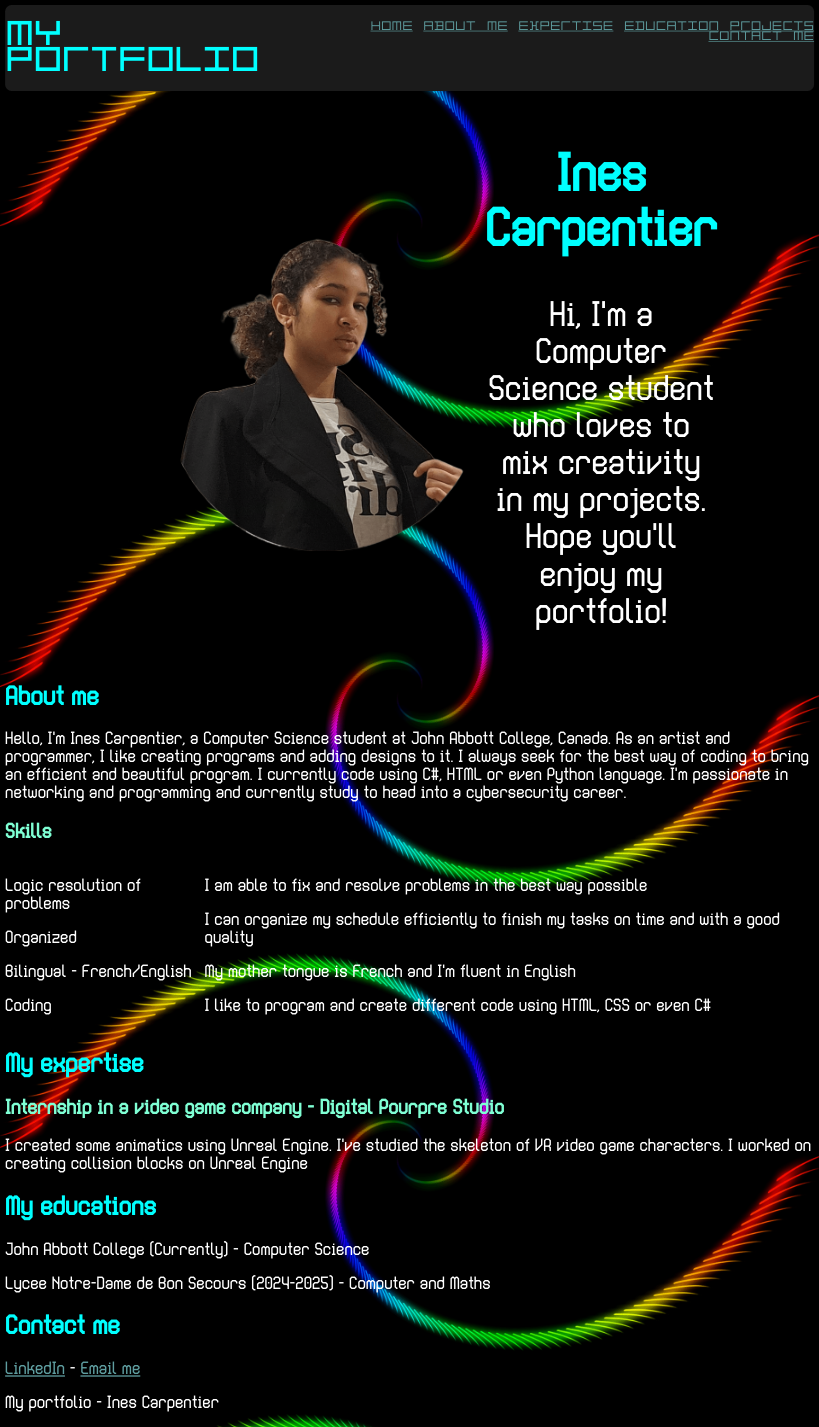
Repository: InsCarp/InsCarp
Page: index.html
An editor plug-in stored every save of this project. The page is shown before and after the next save, followed by the edit.
The browser window is 1280 px wide. The pictures show the whole page, at 64% of full size.
Backgrounds fixed to the window are drawn as part of the page.

Above is the page before, as saved 2026-05-12 08:49:45.

### index.html
<!DOCTYPE html>
<html lang="en">
<head>
    <meta charset="UTF-8">
    <meta name="viewport" content="width=device-width, initial-scale=1.0">
    <link rel="icon" href="/assets/images/Logo.svg" type="image/svg" />
    <link rel="stylesheet" href="/styles/globals.css" type="text/css"/>
    <link rel="stylesheet" href="/styles/index.css" type="text/css"/>

    <title>Portfolio - Ines Carpentier</title>
</head>
<header>
    <h1 id="Title">My portfolio</h1>
    <nav>
        <a href="index.html">Home</a>
        <a href="#About">About me</a>
        <a href="#Expertise">Expertise</a>
        <a href="#Education">Education</a>
        <a href="project.html">Projects</a> <!--Put my project page here-->
        <a href="#Contact">Contact me</a>
    </nav>
</header>
<body>
    <div class="Intro">
        <article>
            <img
               src="/assets/images/me.png" id="Me" alt="My image"/>
        </article>
        <article id="intro">
            <h2>Ines Carpentier</h2>
            <p>Hi, I'm a Computer Science student who loves to mix creativity in my projects.
                Hope you'll enjoy my portfolio!</p>
        </article>
    </div>
    <div class="About">
        <h2 id="About">About me</h2>
        <p>Hello, I'm Ines Carpentier, a Computer Science student at John Abbott College, Canada. As an artist and programmer, I like creating programs and adding designs to it. I always seek for the
             best way of coding to bring an efficient and beautiful program. I currently code using C#, HTML or even Python language. I'm passionate in networking and programming and currently study to head into a cybersecurity career.</p>
        <h3>Skills</h3>
        <section class="Skills">
            <article>
            <p>Logic resolution of problems</p>
            <p>Organized</p>
            <p>Bilingual - French/English</p>
            <p>Coding</p>
        </article>
        <article>
            <p>I am able to fix and resolve problems in the best way possible</p>
            <p>I can organize my schedule efficiently to finish my tasks on time and with a good quality</p>
            <p>My mother tongue is French and I'm fluent in English</p>
            <P>I like to program and create different code using HTML, CSS or even C#</P>
        </article>
        </section>

    </div>
    <div class="Exp">
        <h2 id="Expertise">My expertise</h2>
        <section>
            <article>
            <h3>Internship in a video game company - Digital Pourpre Studio</h3>
        </article>
        <article>
            <p>I created some animatics using Unreal Engine. I've studied the skeleton of VR video game characters. I worked on creating collision blocks on Unreal Engine</p>
        </article>
        </section>

    </div>
    <div class="Education">
        <h2 id="Education">My educations</h2>
        <p>John Abbott College (Currently) - Computer Science
        </p>
        <p>Lycee Notre-Dame de Bon Secours (2024-2025) - Computer and Maths</p>
    </div>
    <div class="Contact">
        <h2 id="Contact">Contact me</h2>
        <p><a href="linkedin.com/in/ines-carpentier-690b8b387">LinkedIn</a> - <a href="mailto:carpentierines5@gmail.com">Email me</a></p>
    </div>
</body>
<footer>
    <p>My portfolio - Ines Carpentier</p>
</footer>
</html>

### styles/globals.css
@font-face {
    font-family: Title;
    src: url(/assets/fonts/Y224-2vdae.ttf);
}
@font-face {
    font-family: Portfolio;
    src: url(/assets/fonts/Eightgon-OGn6p.ttf);
}

html{
    font-size:25px;
}

a {
    color:cadetblue;
}

a:visited{
    color:aquamarine;
}
a:hover{
    color:greenyellow;
}
a:active{
    color:yellow;
}

body{
    background-color:rgb(0, 2, 36);
    color:rgb(255, 255, 255);
    background-image: url(../assets/images/back.gif);
    background-size: cover;
    background-repeat: no-repeat;
    background-attachment: fixed;
    font-family: Portfolio;
}




h1, h2{
    color:aqua;

}

h3{
    color:aquamarine;
}


header {

    display: flex;

    flex-direction: row;
    font-family: Title;
    justify-content: space-between;
    background-color:rgb(27, 27, 27);
    border-radius: 10px;
    font-size:0.8rem;


}
nav{
    display:none;
}


@media only screen and (min-width: 800px){
    header {
    display: flex;
    flex-direction: row;
    font-family: Title;
    justify-content: space-between;

}
nav{
    text-align:right;
    display:initial;
    font-size:0.4rem;
    margin-top:8%;


}
}

@media only screen and (min-width: 1200px){
    header {
    display: flex;
    flex-direction: row;
    font-family: Title;
    justify-content: space-between;



}
nav{
    text-align:right;
    display:initial;
    font-size:0.6rem;
    margin-top:2%;



}
}

### styles/index.css
.Intro{
    margin-top: 1rem;
    display:flex;
    flex-direction: column;
    align-items: center;
}

#intro{

    text-align: center;
    font-size:2rem;

}

#Me{
    margin-top: 1rem;
    width:15rem;
}


@media only screen and (min-width: 800px){
    .Intro{
    margin-top: 1rem;
    display:flex;
    flex-direction: row;
    justify-content: space-between;
}

#intro{

    text-align: center;
    font-size:2rem;
    width: 20rem;
    margin-right: 10rem;
}

#Me{
    margin-left:10rem;
    width:20rem;
}
}


.Skills{
    display: flex;
    flex-direction:row;
    justify-content: space-between;
}

After the next save:
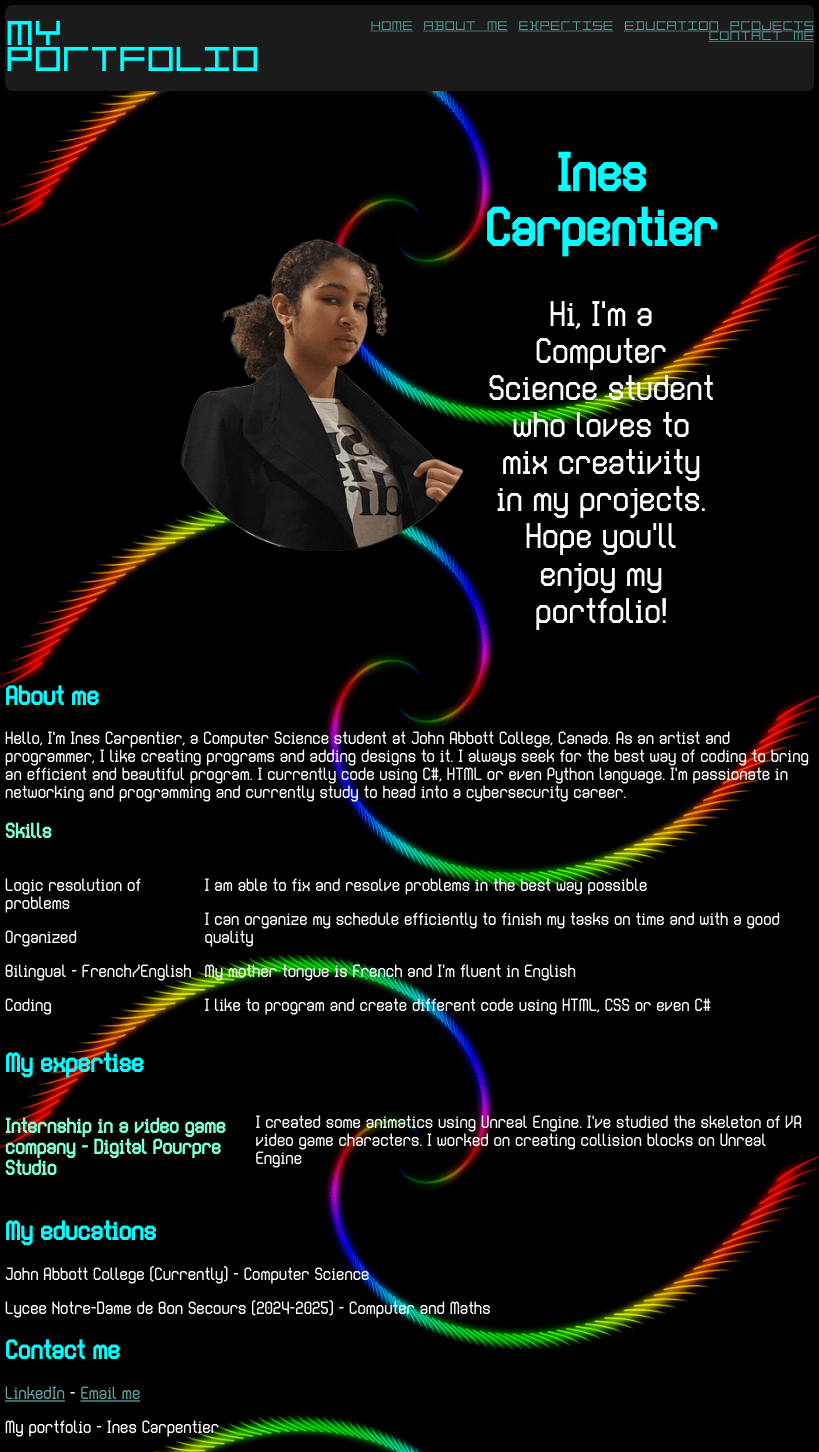
Saved 30 s later.
--- a/styles/index.css
+++ b/styles/index.css
@@ -41,7 +41,7 @@
 }
 
 
-.Skills{
+section{
     display: flex;
     flex-direction:row;
     justify-content: space-between;
